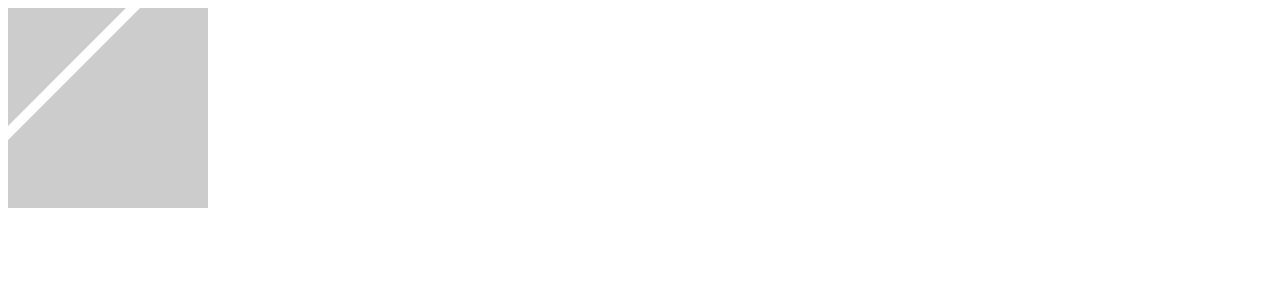
Repository: yaoxin1996/All-kinds-of-practice
Page: html/index.html
An editor plug-in stored every save of this project. The page is shown before and after the next save, followed by the edit.
The browser window is 1280 px wide. The pictures show the whole page.

Above is the page before, as saved 2022-05-22 10:05:37.

After the next save:
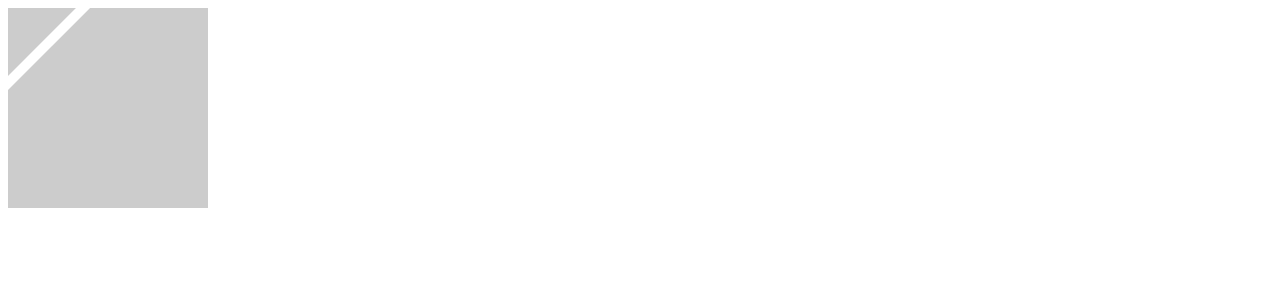
Saved 7 s later.
--- a/html/index.html
+++ b/html/index.html
@@ -24,7 +24,7 @@
     background-color: #fff;
     position: absolute;
     top: -80px;
-    left: -50px;
+    left: -100px;
   }
   .box:hover .inner::after{
     left: 300px;
